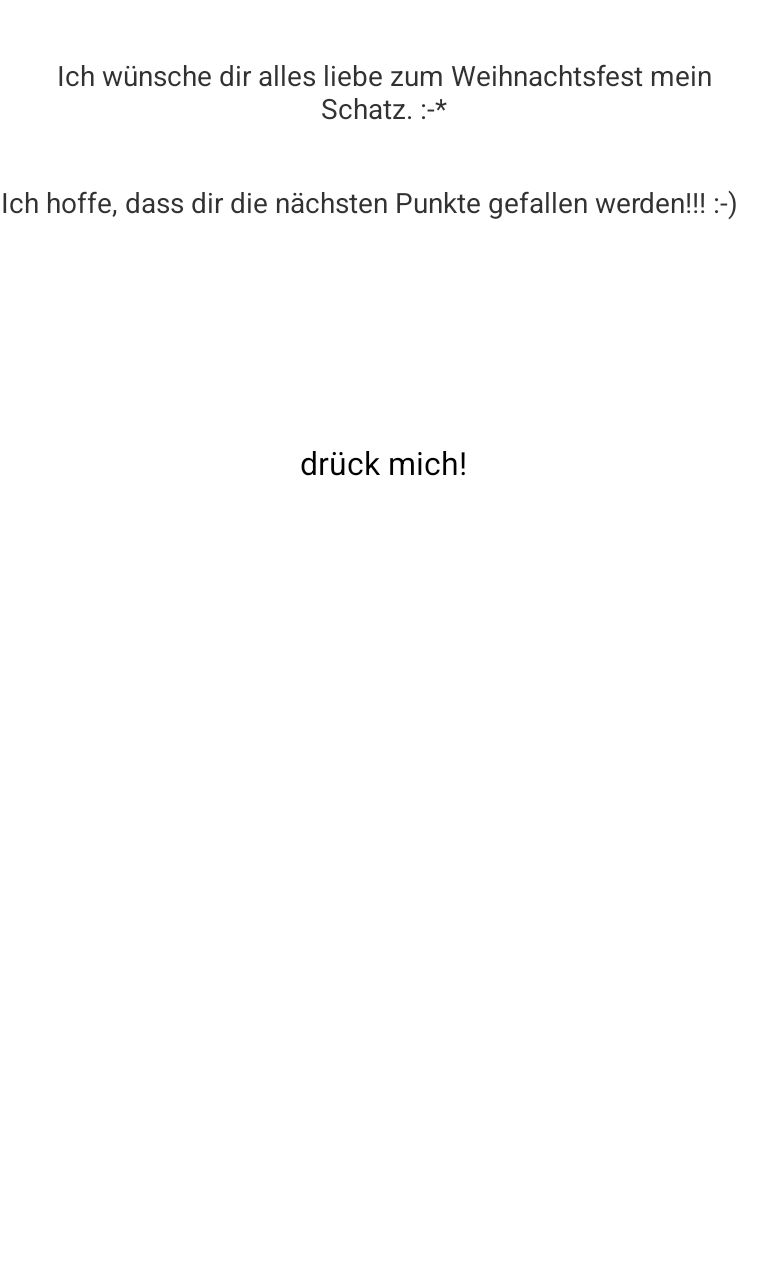
Repository: flashback2k12/ChristmasPresent
Layout: ChristmasPresent/res/layout/activity_main.xml
These files come from the project's save history. The layout is drawn as it stood at one moment and after the next save; the edit follows.
It is drawn on a 768 x 1280 px phone screen (xhdpi) without system bars, with theme AppTheme; the app's code is not run. The app's manifest (not shown) leaves right-to-left support off. So textAlignment, textDirection and layoutDirection are ignored, and left and right values win over start and end ones.

Above is the layout before, as saved 2012-12-13 21:36:06.

### ChristmasPresent/res/layout/activity_main.xml
<RelativeLayout xmlns:android="http://schemas.android.com/apk/res/android"
    xmlns:tools="http://schemas.android.com/tools"
    android:layout_width="match_parent"
    android:layout_height="match_parent" >

    <TextView
        android:id="@+id/textView2"
        android:layout_width="wrap_content"
        android:layout_height="wrap_content"
        android:layout_alignParentLeft="true"
        android:layout_alignParentTop="true"
        android:layout_marginTop="20dp"
        android:gravity="center"
        android:padding="@dimen/padding_medium"
        android:text="@string/hello_schatz_z1"
        tools:context=".MainActivity" />

    <TextView
        android:id="@+id/textView1"
        android:layout_width="wrap_content"
        android:layout_height="wrap_content"
        android:layout_alignParentLeft="true"
        android:layout_below="@+id/textView2"
        android:layout_marginTop="20dp"
        android:gravity="center"
        android:text="@string/hello_schatz_z2" />

    <CheckedTextView
        android:id="@+id/checkedTextView1"
        android:layout_width="wrap_content"
        android:layout_height="wrap_content"
        android:layout_below="@+id/textView1"
        android:layout_centerHorizontal="true"
        android:layout_marginTop="110dp"
        android:text="@string/button_first_act" />

</RelativeLayout>

### ChristmasPresent/res/values/strings.xml
<?xml version="1.0" encoding="utf-8"?>
<resources>

    <string name="app_name">Weihnachtsgeschenk</string>
    <string name="hello_schatz_z1">Ich wünsche dir alles liebe zum Weihnachtsfest mein Schatz. :-* </string>
    <string name="hello_schatz_z2">Ich hoffe, dass dir die nächsten Punkte gefallen werden!!! :-)</string><string name="menu_settings">Menü</string>
    <string name="title_activity_main">Weihnachtsgeschenk</string>

    <string name="button_first_act">drück mich!</string>

</resources>

Loaded but not shown: ChristmasPresent/res/values-v11/styles.xml (common file); ChristmasPresent/res/values-v14/styles.xml (common file); ChristmasPresent/res/values/styles.xml (common file); ChristmasPresent/res/values/dimens.xml (common file)

After the next save:
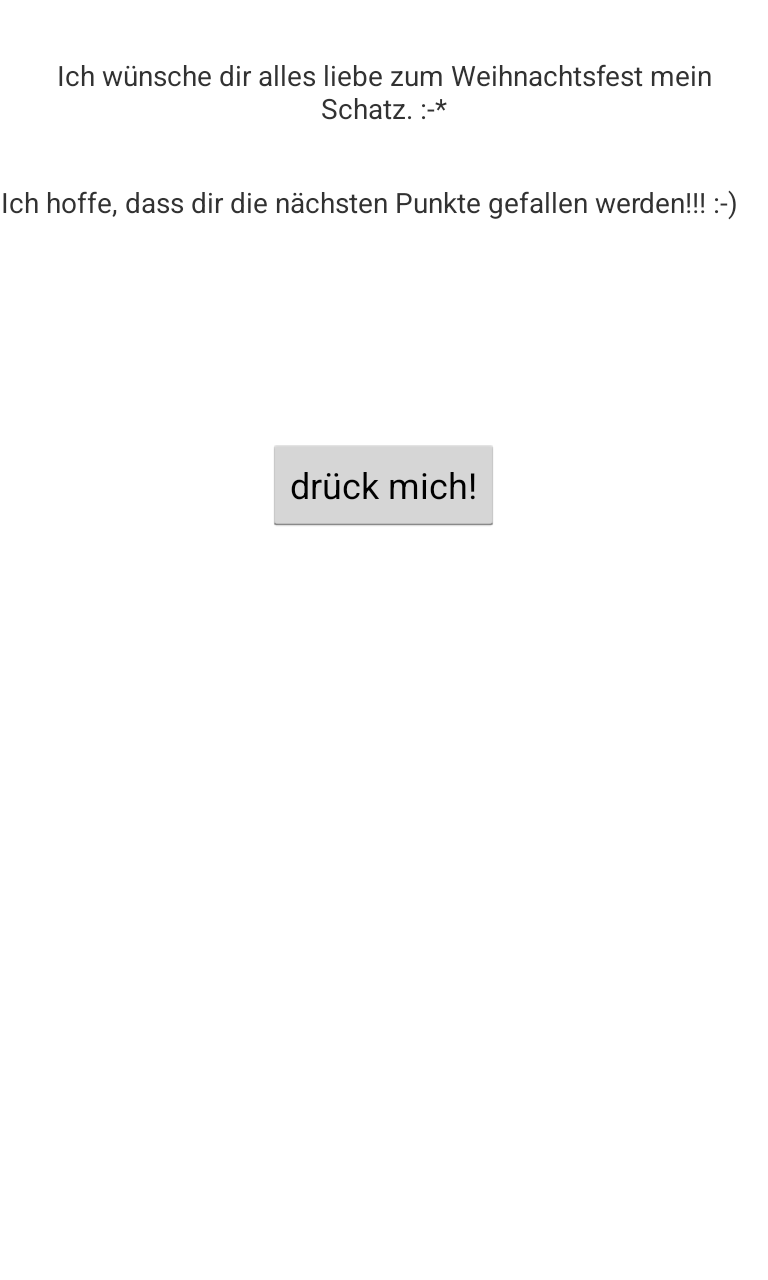
Saved 3 days later.
--- a/ChristmasPresent/res/layout/activity_main.xml
+++ b/ChristmasPresent/res/layout/activity_main.xml
@@ -25,13 +25,14 @@
         android:gravity="center"
         android:text="@string/hello_schatz_z2" />
 
-    <CheckedTextView
-        android:id="@+id/checkedTextView1"
+    <Button
+        android:id="@+id/button1"
         android:layout_width="wrap_content"
         android:layout_height="wrap_content"
         android:layout_below="@+id/textView1"
         android:layout_centerHorizontal="true"
-        android:layout_marginTop="110dp"
-        android:text="@string/button_first_act" />
+        android:layout_marginTop="108dp"
+        android:text="@string/button_first_act"
+        android:onClick="NextActivity" />
 
 </RelativeLayout>
